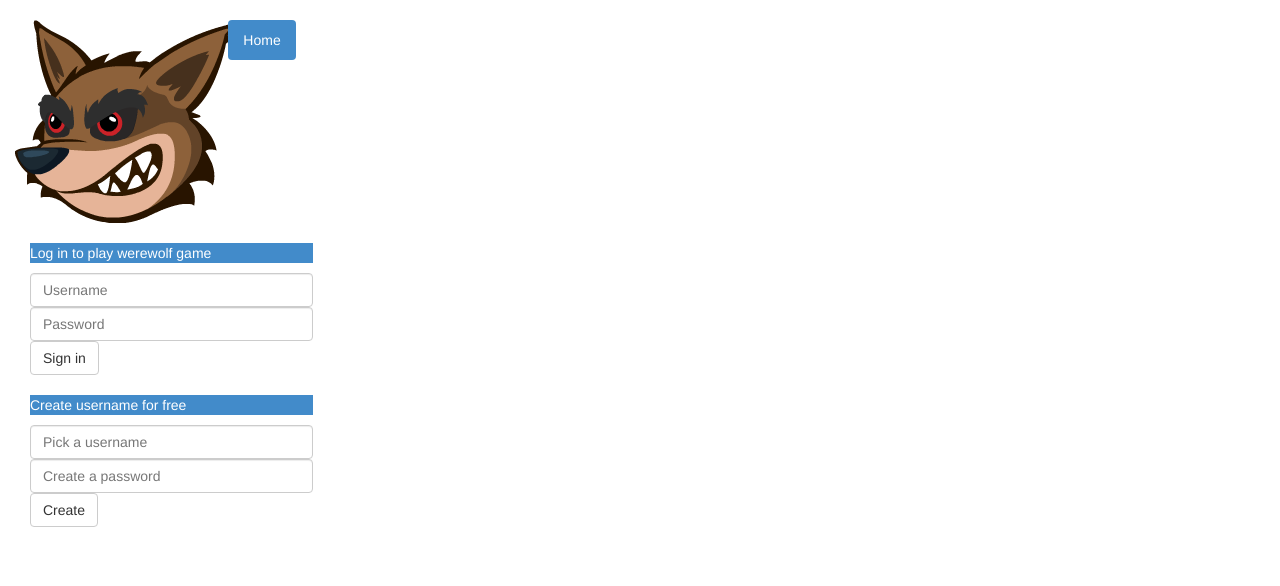
Repository: CE-KMITL-OOAD-2014/Fux
Page: fux/WerewolfProject/WEREWOLFGAME/WebContent/home.html
An editor plug-in stored every save of this project. The page is shown before and after the next save, followed by the edit.
The browser window is 1280 px wide. The pictures show the whole page.

Above is the page before, as saved 2014-11-15 22:59:22.

After the next save:
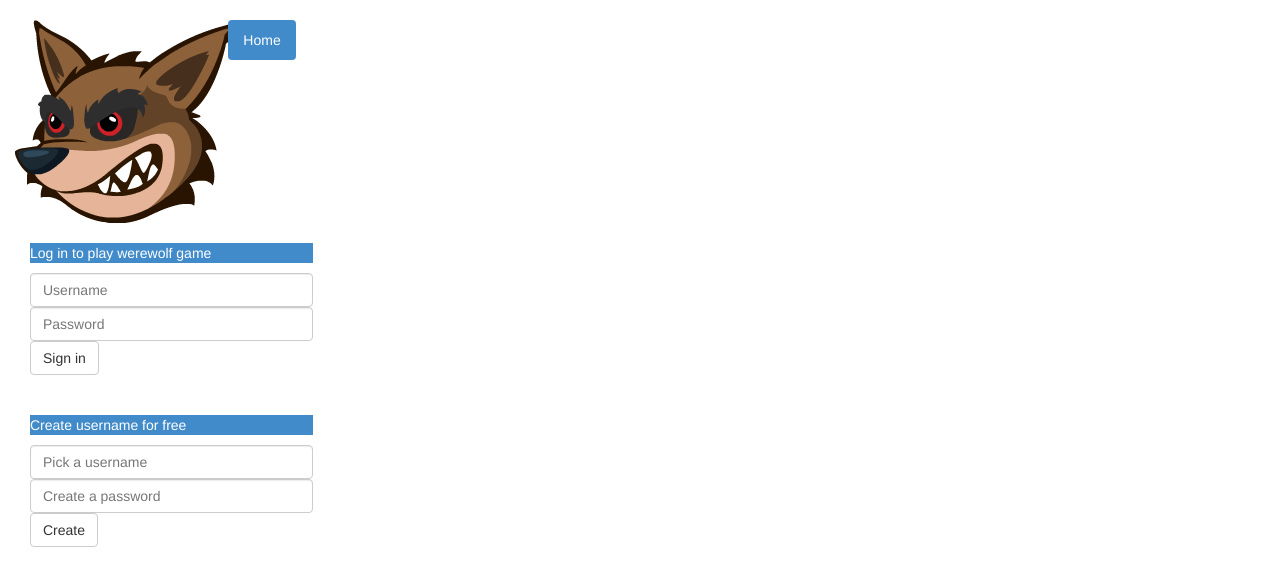
Saved 8 s later.
--- a/fux/WerewolfProject/WEREWOLFGAME/WebContent/home.html
+++ b/fux/WerewolfProject/WEREWOLFGAME/WebContent/home.html
@@ -28,7 +28,7 @@
 	</form>
 
 	<!-- login -->
-	<form class="form" id="login_form" method="post">
+	<div>
 		<div>
 			<label></label>
 			<div class="container-fluid">
